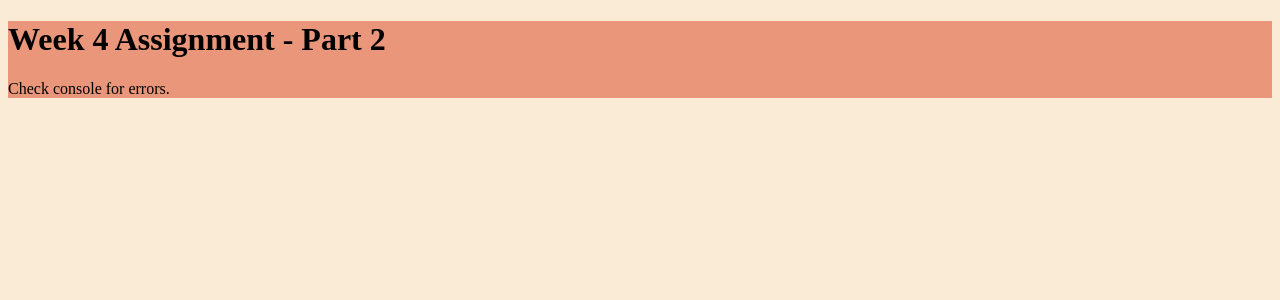
Repository: Ellusionism/prime-pw-week-4-assignment-part-2
Page: assignment/index.html
These files come from the project's save history. The page is drawn as it stood at one moment and after the next save; the edit follows.
The browser window is 1280 px wide. The pictures show the whole page.

Above is the page before, as saved 2022-11-16 17:43:45.

After the next save:
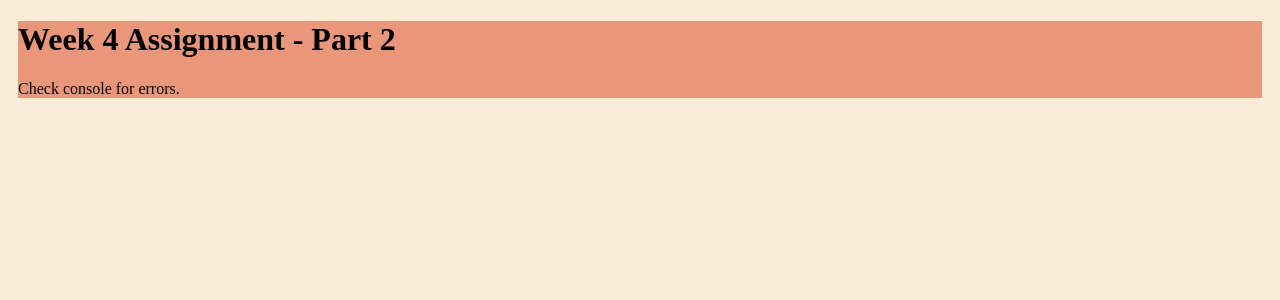
Saved 6 s later.
--- a/assignment/stylesheet.css
+++ b/assignment/stylesheet.css
@@ -4,5 +4,5 @@
 
 .homepageHeader {
  background-color:darksalmon;
- margin: ;
+ margin: 10px;
 }

After the save that followed:
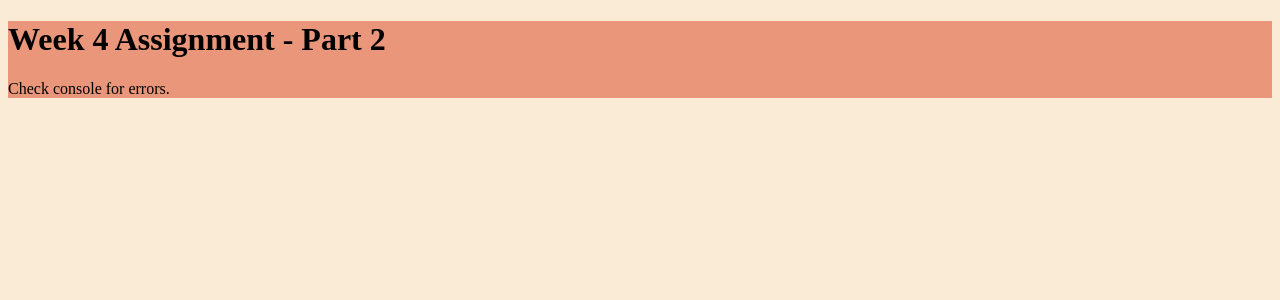
Saved 6 s later.
--- a/assignment/stylesheet.css
+++ b/assignment/stylesheet.css
@@ -4,5 +4,5 @@
 
 .homepageHeader {
  background-color:darksalmon;
- margin: 10px;
+ ;
 }
